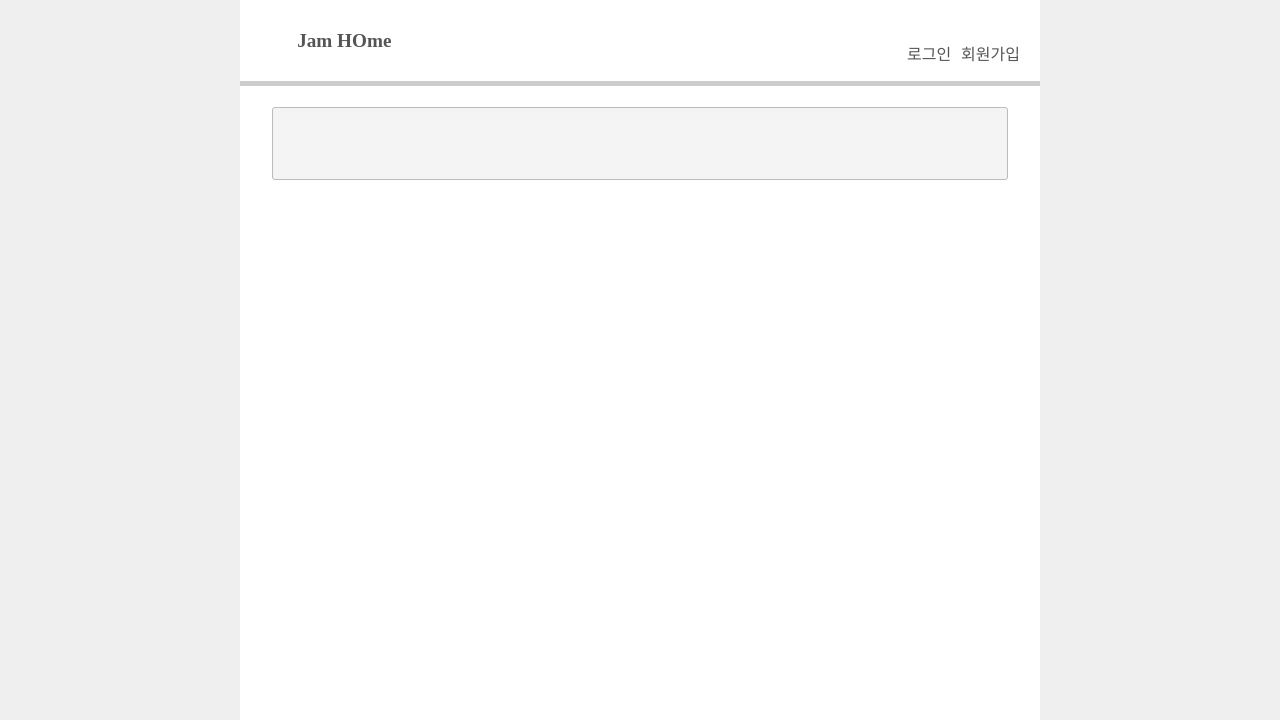
Repository: woals5636/JSPClass
Page: http://localhost/jspPro/days03/ex10.jsp
An editor plug-in stored every save of this project. The page is shown before and after the next save, followed by the edit.
The browser window is 1280 px wide. The pictures show the whole page.
Some web fonts or font styles are not loaded; a fallback is used. The page is served by Tomcat 9.

Above is the page before, as saved 2024-10-17 07:48:39.

After the next save:
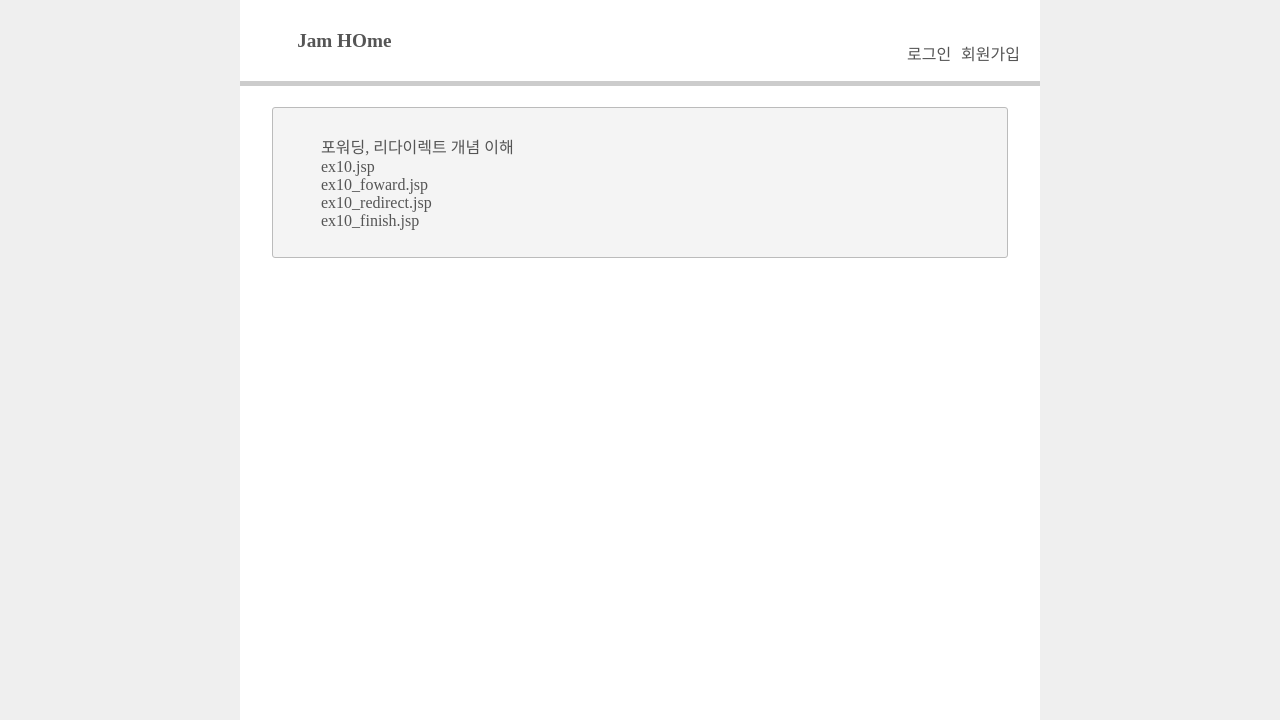
Saved 43 s later.
--- a/jspPro/src/main/webapp/days03/ex10.jsp
+++ b/jspPro/src/main/webapp/days03/ex10.jsp
@@ -26,7 +26,11 @@
 </header>
 <div>
   <xmp class="code">
-
+  	포워딩, 리다이렉트 개념 이해
+  	ex10.jsp
+  	ex10_foward.jsp
+  	ex10_redirect.jsp
+  	ex10_finish.jsp
   </xmp>
 </div>
 </body>
